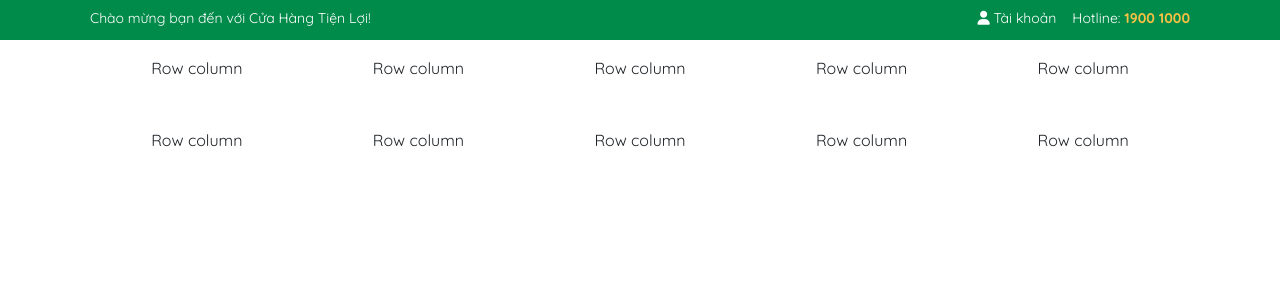
Repository: PAnhDuc/food.demo
Page: index.html
The author's editor kept a copy of each file at every save. The page is drawn from the files as they stood at one save, then again after the next save.
The browser window is 1280 px wide. The pictures show the whole page.
Some web libraries are served in a nearby version.

Above is the page before, as saved 2024-11-13 19:56:36.

### index.html
<!DOCTYPE html>
<html lang="en">

<head>
    <meta charset="UTF-8">
    <meta name="viewport" content="width=device-width, initial-scale=1.0">
    <title>Food Demo</title>
    <link rel="stylesheet" href="./assets/style.css">
    <link href="https://cdn.jsdelivr.net/npm/bootstrap@5.3.3/dist/css/bootstrap.min.css" rel="stylesheet"
        integrity="sha384-QWTKZyjpPEjISv5WaRU9OFeRpok6YctnYmDr5pNlyT2bRjXh0JMhjY6hW+ALEwIH" crossorigin="anonymous">
    <link rel="stylesheet" href="https://cdnjs.cloudflare.com/ajax/libs/font-awesome/6.6.0/css/all.min.css"
        integrity="sha512-Kc323vGBEqzTmouAECnVceyQqyqdsSiqLQISBL29aUW4U/M7pSPA/gEUZQqv1cwx4OnYxTxve5UMg5GT6L4JJg=="
        crossorigin="anonymous" referrerpolicy="no-referrer" />
</head>

<body>
    <div class="top-bar">
        <div class="container">
            <div class="d-flex mb-3">
                <div class="me-auto p-2">
                    <p class="top_bar-left">Chào mừng bạn đến với Cửa Hàng Tiện Lợi!</p>
                </div>
                <div class="p-2">
                    <p class="top_bar-right">
                        <i class="fa-solid fa-user"></i>
                        <a href="">Tài khoản</a>
                    </p>
                </div>
                <div class="p-2">
                    <p class="top_bar-right--hotline">Hotline: <a href="#">1900 1000</a></p>
                </div>
            </div>
        </div>
    </div>
    <div class="container">
        <div class="header">
            <div class="menu-top">
                <div class="container text-center">
                    <div class="row row-cols-2 row-cols-lg-5 g-2 g-lg-3">
                      <div class="col">
                        <div class="p-3">Row column</div>
                      </div>
                      <div class="col">
                        <div class="p-3">Row column</div>
                      </div>
                      <div class="col">
                        <div class="p-3">Row column</div>
                      </div>
                      <div class="col">
                        <div class="p-3">Row column</div>
                      </div>
                      <div class="col">
                        <div class="p-3">Row column</div>
                      </div>
                      <div class="col">
                        <div class="p-3">Row column</div>
                      </div>
                      <div class="col">
                        <div class="p-3">Row column</div>
                      </div>
                      <div class="col">
                        <div class="p-3">Row column</div>
                      </div>
                      <div class="col">
                        <div class="p-3">Row column</div>
                      </div>
                      <div class="col">
                        <div class="p-3">Row column</div>
                      </div>
                    </div>
                  </div>
            </div>
            <div class="menu-bottom">

            </div>
        </div>
    </div>
    <script src="./assets/main.js"></script>
    <script src="https://cdn.jsdelivr.net/npm/bootstrap@5.3.3/dist/js/bootstrap.bundle.min.js"
        integrity="sha384-YvpcrYf0tY3lHB60NNkmXc5s9fDVZLESaAA55NDzOxhy9GkcIdslK1eN7N6jIeHz"
        crossorigin="anonymous"></script>
</body>

</html>

### assets/style.css
@import url('https://fonts.googleapis.com/css2?family=Quicksand:wght@300..700&display=swap');

* {
    margin: 0;
    padding: 0;
    box-sizing: border-box;
}

body {
    font-family: "Quicksand", sans-serif!important;
}

:root {
    --green: #008b4b;
    --yellow: #f8c144;
    --white: #fff;
}

.top-bar {
    color: var(--white);
    background: var(--green);
    font-size: 14px;
    height: 40px;
}
.top-bar a {
    text-decoration: none;
}

.top-bar .top_bar-right a {
    color: var(--white);
}
.top-bar .top_bar-right a:hover{
    color: var(--yellow);
}

.top-bar .top_bar-right--hotline a {
    color: var(--yellow);
    font-weight: bold;
}

.top-bar .top_bar-right--hotline a:hover {
    color: var(--white);
    font-weight: bold;
}

Loaded but not shown: assets/main.js (no copy from this time; the picture is the same without it)

After the next save:
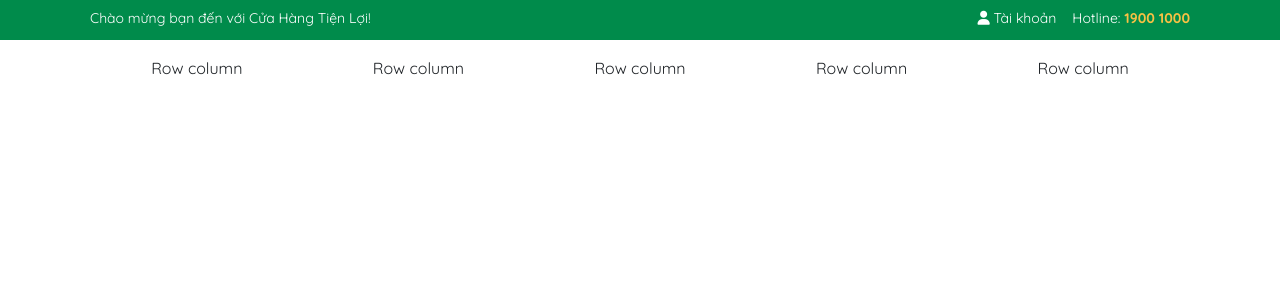
Saved 17 s later.
--- a/index.html
+++ b/index.html
@@ -52,21 +52,6 @@
                       <div class="col">
                         <div class="p-3">Row column</div>
                       </div>
-                      <div class="col">
-                        <div class="p-3">Row column</div>
-                      </div>
-                      <div class="col">
-                        <div class="p-3">Row column</div>
-                      </div>
-                      <div class="col">
-                        <div class="p-3">Row column</div>
-                      </div>
-                      <div class="col">
-                        <div class="p-3">Row column</div>
-                      </div>
-                      <div class="col">
-                        <div class="p-3">Row column</div>
-                      </div>
                     </div>
                   </div>
             </div>
